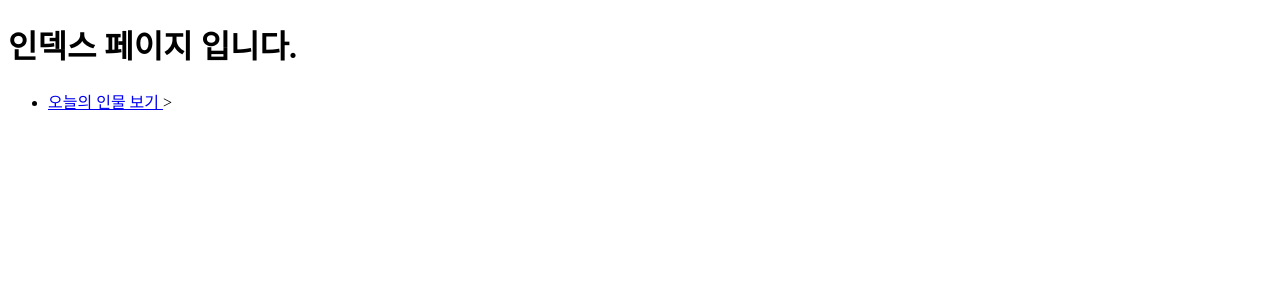
Repository: catfishlove/spring
Page: TestWeb/src/main/resources/static/index.html
The author's editor kept a copy of each file at every save. The page is drawn from the files as they stood at one save, then again after the next save.
The browser window is 1280 px wide. The pictures show the whole page.

Above is the page before, as saved 2024-07-02 02:01:16.

After the next save:
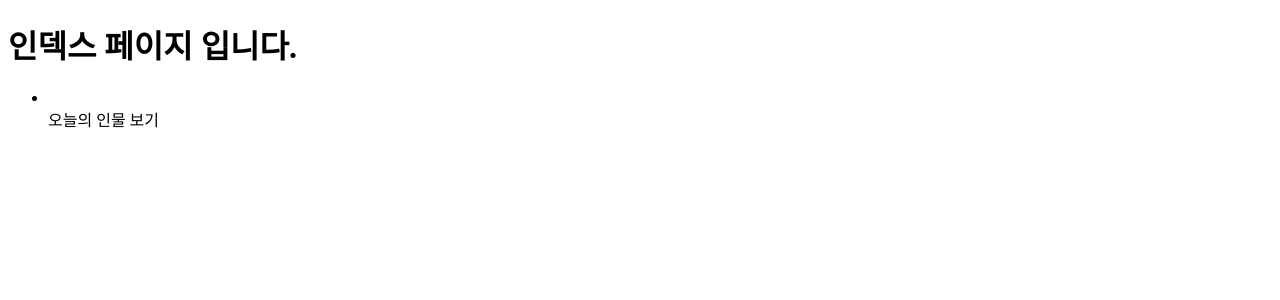
Saved 17 s later.
--- a/TestWeb/src/main/resources/static/index.html
+++ b/TestWeb/src/main/resources/static/index.html
@@ -8,7 +8,7 @@
 	<div class="container">
 		<h1>인덱스 페이지 입니다. </h1>
 		<ul>
-			<li><a href="/test/person"</li>오늘의 인물 보기 </a>></li>
+			<li><a href="/test/person"></a></li>오늘의 인물 보기 </a></li>
 		</ul>
 	</div>
 </body>
